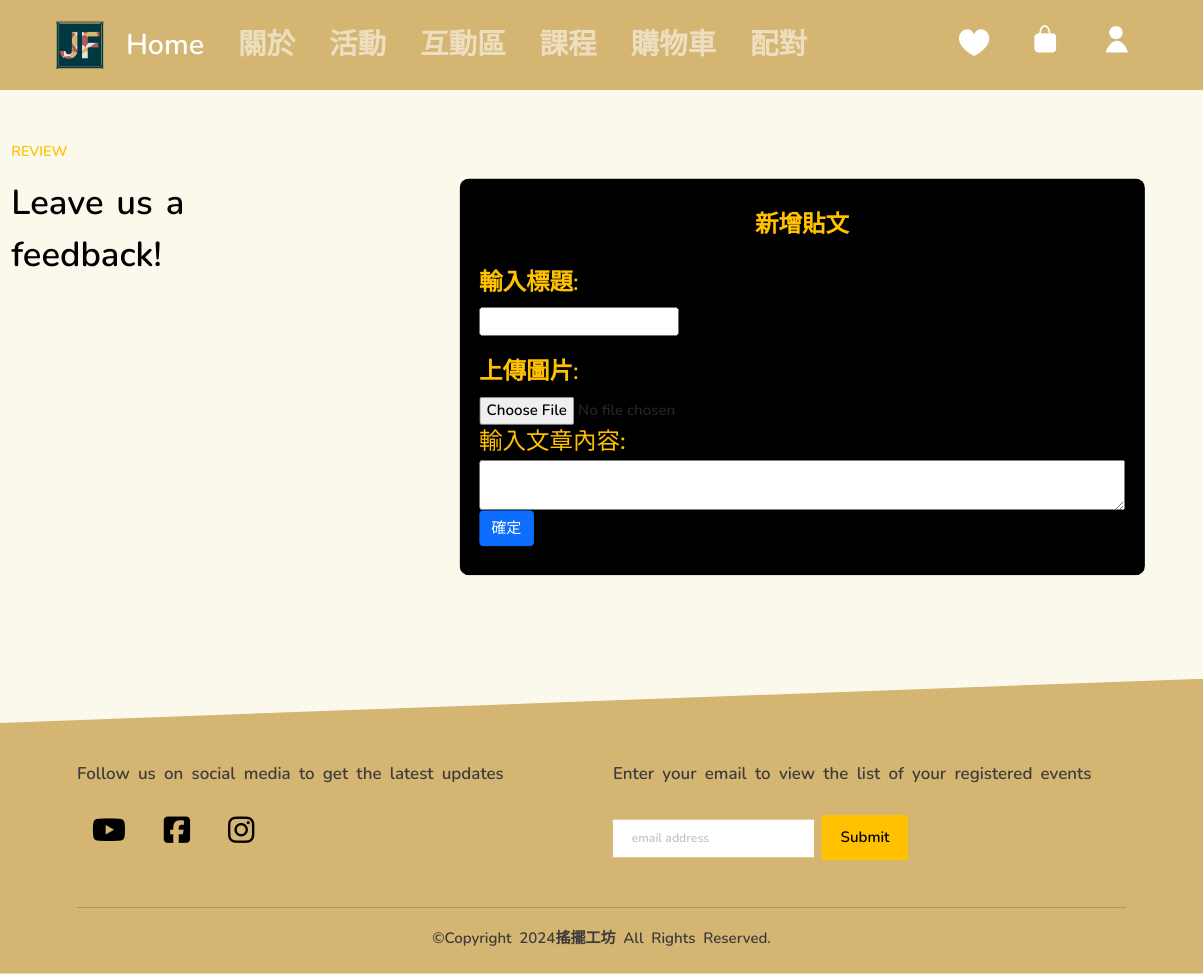
Repository: mmmooonnn0211/project
Page: workspace/demoSpringBoot-1/src/main/resources/static/html/LTInsertFront.html
These files come from the project's save history. The page is drawn as it stood at one moment and after the next save; the edit follows.
The browser window is 1280 px wide. The pictures show the whole page, at 94% of full size.
Some web libraries are served in a nearby version.

Above is the page before, as saved 2024-05-08 19:45:23.
Console error: SyntaxError: Unexpected identifier 'tsByName'

### workspace/demoSpringBoot-1/src/main/resources/static/html/LTInsertFront.html
<!DOCTYPE html>
<html lang="en">

<head>
	<meta charset="UTF-8">
	<meta name="viewport" content="width=device-width, initial-scale=1.0">
	<style>
		.main {
			min-height: 55vh;
			/* 让 .slant 至少占据整个视口高度 */

		}
	</style>
	<!-- Bootstrap CSS -->
	<link href="https://cdn.jsdelivr.net/npm/bootstrap@5.0.0-beta3/dist/css/bootstrap.min.css" rel="stylesheet"
		integrity="sha384-eOJMYsd53ii+scO/bJGFsiCZc+5NDVN2yr8+0RDqr0Ql0h+rP48ckxlpbzKgwra6" crossorigin="anonymous">
	<script src="https://kit.fontawesome.com/4287c80df9.js" crossorigin="anonymous"></script>

	<!--Google Font : Nunito-->
	<link rel="preconnect" href="https://fonts.gstatic.com">
	<link href="https://fonts.googleapis.com/css2?family=Nunito:wght@600&display=swap" rel="stylesheet">

	<!-- For style(All CSS content) -->
	<link rel="stylesheet" type="text/css" href="../styles/home.css" />
	<link rel="stylesheet" type="text/css" href="../styles/footer.css" />
	<link rel="stylesheet" type="text/css" href="../styles/navbar.css" />
	<link rel="icon" href="images/favicon.ico">

	<!-- JS Bundle for BS  -->
	<script src="https://cdn.jsdelivr.net/npm/popper.js@1.16.1/dist/umd/popper.min.js"
		integrity="sha384-9/reFTGAW83EW2RDu2S0VKaIzap3H66lZH81PoYlFhbGU+6BZp6G7niu735Sk7lN" crossorigin="anonymous">
		</script>
	<title>範本</title>
</head>


<body>



	</div>
	<!-- <section> -->
	<div class="main">
		<form method="post" action=" /LTinsertFront.controller" enctype="multipart/form-data"
			onsubmit="return validateForm();">
			<div class="container-fluid" style="margin-top: 150px;">
				<div class="row" style="margin-bottom: 100px; margin-top: 100px;">
					<div class="col-md-4" style="text-align: left;">
						<p class="review">REVIEW</p>
						<p class="feedback">Leave us a <br>feedback!</p>
					</div>
					<div class="col-sm-8">
						<div class="container" id="cards">
							<div class="card" style="margin: auto;">
								<div id="sugg" class="neon-yellow"
									style="font-weight: bold; font-size: 25px; text-align: center;">新增貼文
								</div>
								<br>
								<div id="text" class="neon-yellow" style=" font-size: 25px;">輸入標題:
								</div>
								<div style="height:50px; ">
									<input id="title" name="title" style="width: auto;" ; />
								</div>
								<div id="text" class="neon-yellow" style="font-weight: bold; font-size: 25px;">上傳圖片:
								</div>
								<input type="file" id="picture" name="picture" />

								<div id="picture" class="neon-yellow" style="font-size:25px; ">
									輸入文章內容:
								</div>
								<textarea id="content" name="content"></textarea>

								<div>
									<button type="submit" class="btn btn-primary"
										style="background-color:neon-yellow">確定</button>
								</div>
							</div>
						</div>
					</div>
				</div>
			</div>
		</form>
		<div class="container text-center">

		</div>
	</div>



	<div align="center"></div>
	<div class="container">
	</div>
	<script>
		function validateForm() {
			var replypostInput = document.getElementsByName('replypost')[0].value.trim();
			var userIdInput = document.getElemen tsByName('userId')[0].value.trim();
			var LTIdInput = document.getElementsByName('LTId')[0].value.trim();

			if (replypostInput === '' || userIdInput === '' || LTIdInput === '') {
				Swal.fire({
					icon: 'warning',
					title: '請輸入完整資訊😒',
					showConfirmButton: false,
					timer: 1500
				});
				return false;
			}
			return true;
		}
	</script>

	<script>

		fetch('basic.html')
			.then(response => response.text())
			.then(html => {
				document.body.innerHTML += html;
			});

	</script>
	<script type="text/javascript" charset="utf8"
		src="https://cdn.datatables.net/1.11.5/js/jquery.dataTables.js"></script>
	<script src="https://cdn.jsdelivr.net/npm/bootstrap@5.0.0-beta3/dist/js/bootstrap.bundle.min.js"
		integrity="sha384-JEW9xMcG8R+pH31jmWH6WWP0WintQrMb4s7ZOdauHnUtxwoG2vI5DkLtS3qm9Ekf" crossorigin="anonymous">
		</script>

</body>

</html>

### workspace/demoSpringBoot-1/src/main/resources/static/styles/home.css
/* hiding vertical scroll bar from every page */
::-webkit-scrollbar {
  width: 0 !important
}




body {
  font-family: 'Nunito', sans-serif;
  background-color: #FBF8EC;
  word-spacing: 0.25rem;
}

::selection {
  color: black;
  background: #ffc100;
}

::placeholder {
  color: rgb(202, 192, 192);
}

.neon-yellow {
  color: #ffc100;
}

.working-heading {
  font-size: 2.3rem;
  font-weight: bold;
  color: black;
}


.date-style {
  font-weight: 850;
  padding: 0 0 0.3rem 0;
}

.sub-heading {
  font-size: 1.5rem;
  font-weight: 1000;
  padding: 0 0 0.3rem 0;
}

.small-subtext {
  color: black;
  font-weight: 700;
  font-size: 1rem;
}

.process-heading {
  font-weight: 1000;
  font-size: 0.95rem;
}

.eng,
.feedback,
.some {
  font-size: 2.3rem;
  font-weight: 1000;
  color: black;
}

.center-line {
  border-left: 0.58rem solid #ffc100;
  height: 110%;
  position: absolute;
  top: 0%;
  left: 0%;
}

.padding-for-mobile {
  padding: 0 1rem 2rem 4rem;
  text-align: left;
  /*background-color:  white;*/
}

.stickyy-corner {
  position: -webkit-sticky;
  position: sticky;
  top: 0;
}

.timeline-left-style {
  color: black;
  text-align: right;
  padding: 0 4rem 0 5.2rem;
}

.timeline-right-style {
  color: black;
  text-align: left;
  position: relative;
  padding: 0 5.2rem 0 4rem;
  overflow-y: hidden;
}

.d-block {
  margin-top: 2%;
  border-radius: 7px;
  border: 3px solid rgb(245, 241, 241);
  width: 100%;
}

.chess,
.review,
.event {
  color: #ffc100;
  font-weight: 850;
  font-size: 0.95rem;
}


#text {
  font-weight: 850;
  font-size: 0.75rem;
  margin-bottom: 7px;
}

#sugg {
  font-size: 1.5rem;
  font-weight: 1000;
}

#btn {
  background-color: #ffc100;
  color: rgb(0, 0, 0);
  padding: 10px 20px;
  text-align: center;
  border: none;
  border-radius: 3px;
  display: block;
  margin: auto;
  margin-top: 15px;
  font-weight: bold;
}


#box,
#msg {
  background-color: #DDDDDD;
  border-radius: 3.5px;
  border: none;
  margin-bottom: 12px;
  width: 100%;
}

#msg {
  height: 120px;
}

#box {
  height: 35px;
}

#spon {
  color: black;
  margin-top: 60px;
  display: flex;
  justify-content: space-evenly;
  align-items: center;
  font-weight: bold;
  margin-bottom: 20px;
}

.image {
  height: 100px;
}

.image3 {
  height: 250px;
  overflow-y: hidden;
}

.pic1,
.pic2 {
  font-weight: bold;
  font-size: medium;
}

.pic1 {
  margin-top: 20px;
}

.column {
  display: flex;
  flex-direction: column;
  justify-content: space-evenly;
  align-items: center;
}

.columns {
  display: flex;
  flex-direction: column;
  justify-content: center;
  align-items: flex-start;
}

.pic2 {
  color: gray;
  font-size: small;
}

.event,
.some,
.last,
.pic,
.pic1,
.pic2 {
  display: flex;
  justify-content: space-evenly;
  align-items: center;
}

.subhead {
  color: black;
  font-size: 3rem;
  overflow-y: hidden;
}

.active {
  color: #ffc100;
}

.active:hover {
  color: #ffc100;
}

p {
  color: black;
}

.title-img {
  width: 25%;
  margin-left: 8%;
  transform: rotate(10deg);
}

.hover {
  color: #ffc100;
}

.title-img3 {
  width: 25%;
  transform: rotate(-10deg);
}

.title-img2 {
  width: 35%;
  padding-right: 5%;
  padding-left: 5%;


}

.carousel-img-styles {
  border: 0.13rem solid black;
  border-radius: 1rem;
}

h1 {
  font-size: 5rem;
  line-height: 1.5;
  font-weight: 900;
}

#title {
  margin-bottom: 11rem;
}

.col-lg-3 {
  padding-left: 3rem;
}

.ex-btn {
  margin-top: 2.5rem;
  margin-bottom: 30px;
}

.carousel-container {
  width: 55%;
}

#cards {
  padding: 10px 50px;
}

.card {
  background-color: black;
  border-radius: 10px;
  /* display: block;
    margin: auto;
    font: 16px;
    width:55%; */
  padding: 30px 20px;

}

@media only screen and (max-width: 767px) {
  .small-subtext {
    font-size: 0.8rem;
  }

  .padding-for-mobile {
    padding: 0 0 4rem 2rem;
  }

  /*
  .sticky-corner {
    position: static;
  }
  */
  #cards {
    padding: 0px 20px;
  }


  .sub-heading {
    font-size: 1.3rem;
  }

  .process-heading {
    font-size: 0.85rem;
  }

  .working-heading {
    font-size: 1.5rem;
  }

  .timeline-left-style {
    padding: 0 2.5rem 0 3rem;
  }

  .timeline-right-style {
    padding: 0 3rem 0 2.5rem;
  }

  #spon {
    font-size: 1.5rem;
  }

  .some,
  .eng,
  .feedback {
    font-size: 1.5rem;
  }

  .card {
    width: 100%;
  }

  .pic {
    flex-direction: column;
  }

  .carousel-container {
    width: 85%;
  }
}

@media only screen and (max-width: 575px) {

  .title-img,
  .title-img3 {
    display: none;
  }

  .title-img2 {
    display: block;
    margin: auto;
    width: 100%;
    padding: 50px;
  }
}

@media only screen and (max-width: 375px) {


  .date-style {
    font-size: 0.8rem;
  }

  .sub-heading {
    font-size: 0.9rem;
  }

  .small-subtext {
    font-size: 0.7rem;
  }

  .timeline-left-style {
    padding: 0 1.6rem 0 2rem;
  }

  .timeline-right-style {
    padding: 0 2rem 0 2rem;
  }
}

### workspace/demoSpringBoot-1/src/main/resources/static/styles/footer.css
/*
hiding vertical scroll bar from every page
*/
::-webkit-scrollbar {
    width: 0 !important
}




.slant {
    /* width: 110%;
    background-color: #DDDDDD;
    transform: rotate(-3deg);
    height: 100px; */
    clip-path: polygon(0 15%, 100% 0, 100% 100%, 0 100%);
  }

  .container{
    margin-top: 30px;
  }

  .left, .right {
    font-size: large;
    font-weight: bold;
    margin-top: 50px;
    color: rgb(61, 59, 59);
    margin-bottom: 30px;
  }

  .below {
    background-color:#D4B572;
    position: relative;
    padding-top: 8px;
    padding-bottom: 6px;
    width: 100%;
    height: 100%;
  }

  #mail {
    border: none;
    height: 30px;
    padding: 20px;
    font-size: small;
    font-weight: bold;
  }

  #bttn {
    background-color: #ffc100;
    color: black;
    padding: 12px 20px;
    text-align: center;
    border: none;
    border-radius: 3px;
    font-weight: bold;
  }


  .fa-youtube:hover{
    color: rgb(230, 59, 59);
    transition: 0.5s;
  }

  .fa-twitter:hover, .fa-facebook-square:hover{
    color: rgba(18, 212, 212, 0.596);
    transition: 0.5s;
  }

  .fa-instagram:hover{
    color: rgb(218, 30, 61);
    transition: 0.5s;
  }

  .fa-github{
    color: rgb(43, 36, 36);
    transition: 0.5s;
  }

  .fab {
    padding: 0 1rem 0 1rem;
    font-size: 2rem;
    color: black;
  }

  .last {
    font-weight: 900;
    color: rgb(61, 59, 59);
    margin: 20px;
    display: flex;
  justify-content: space-evenly;
  align-items: center;
  }

  @media only screen and (max-width: 767px) {
    .slant{
      clip-path: polygon(0 5%, 100% 0, 100% 100%, 0 100%);
    }
  }

  @media only screen and (max-width: 375px) {
    .slant{
      clip-path: polygon(0 5%, 100% 0, 100% 100%, 0 100%);
    }
  }

### workspace/demoSpringBoot-1/src/main/resources/static/styles/navbar.css
/* 鼠標移動導覽列*/
.nav-item :hover {
  color: rgb(255, 128, 128);
  cursor: pointer;
  background-color: #B15A5E;
  border-radius: 10px;
}

.navbar a {
  color: #ff2600a2;
  border-radius: 10px;
}


.navbar {
  padding: 1rem 2rem;
  position: fixed;
  z-index: 100;
  width: 100%;
  margin: 0;
  top: 0;
  left: 0;
  background-color: #D4B572;
}

.nav-item {
  padding: 0 20px 0 0;
}

.nav-link {
  font-size: 1.9rem;
  font-weight: 900;

}


.dropdown-item,
.dropdown-menu {
  background-color: #B15A5E;
  color: #BF3F41;
  ;
  margin: 0;
}






.dropdown-menu a {
  color: white;
  ;
  text-decoration: none;
  display: block;
  text-align: left;
}

### workspace/demoSpringBoot-1/src/main/resources/static/html/basic.html
<!doctype html>
<html lang="en">

<head>
    <!-- Required meta tags -->
    <meta charset="utf-8">
    <meta name="viewport" content="width=device-width, initial-scale=1">




    <title>JFSwing</title>
</head>

<body>

    <!-- Shashank's Section -->
    <!-- <section class="title"> -->
    <!-- Navbar section -->
    <nav class="navbar navbar-expand-lg navbar-dark">
        <!-- <LOGO> -->
        <div class="container-fluid">
            <div width="50px" height="50px">
                <a class="m-3" href="index.html"> <img src="../images/LOGO.png" width="50px" height="50px"
                        alt="Eternals">
                </a>
                <button class="navbar-toggler" type="button" data-bs-toggle="collapse" data-bs-target="#navbarCollapse"
                    aria-controls="navbarCollapse" aria-expanded="false" aria-label="Toggle navigation">
                    <span class="navbar-toggler-icon"></span>
                </button>
            </div>
            <div class="collapse navbar-collapse" id="navbarCollapse">
                <ul class="navbar-nav ">
                    <li class="nav-item">
                        <a class="nav-link active" href="frontPage.html">Home </a>
                    </li>
                    <li class="nav-item">
                        <a class="nav-link" href="about.html">關於</a>
                    </li>
                    <li class="nav-item">
                        <a class="nav-link" href="EventAll.html">活動</a>
                    </li>
                    <li class="nav-item">
                        <a class="nav-link" href="/LTSelectAll2">互動區</a>
                    </li>
                    <li class="nav-item">
                        <a class="nav-link" href="contact.html">課程</a>
                    </li>
                    <li class="nav-item">
                        <a class="nav-link" href="">購物車</a>
                    </li>
                    <li class="nav-item">
                        <a class="nav-link" href="">配對</a>
                    </li>

                </ul>

            </div>

            <!-- <右上角的東西> -->
            <div class="navbar-nav justify-content-end">
                <ul class="navbar-nav">
                    <li class="nav-item">
                        <div class="m-2 rounded-circle overflow-hidden align-self-center ratio ratio-1x1"
                            style="width: 40px">
                            <img src="../images/LOVE.png" alt="" class="object-fit-cover w-100 h-100" />
                        </div>
                    </li>
                    <li class="nav-item">
                        <div class="m-2 rounded-circle overflow-hidden align-self-center ratio ratio-1x1"
                            style="width: 40px">
                            <img src="../images/SHOP.png" alt="" class="object-fit-cover w-100 h-100" />
                        </div>
                    </li>
                    <li class="nav-item">
                        <a href="#" target="_blank"
                            class="m-2 rounded-circle overflow-hidden align-self-center ratio ratio-1x1"
                            style="width: 40px; display: inline-block;">
                            <img src="../images/MAN.png" alt="Facebook" class="object-fit-cover w-100 h-100" />
                        </a>
                    </li>

                </ul>

            </div>
        </div>
    </nav>

    <!-- Title -->
    <!-- <中間> -->



    <!-- footer-->
    <div class="slant footer-content mt-auto">

        <footer class="below">
            <div class="container">
                <div class="row">
                    <div class="col-lg-6">
                        <p class="left">Follow us on social media to get the latest updates</p>
                        <a href="#"><i class="fab fa-youtube"></i></a>
                        <a href="https://www.facebook.com/apple.hi.77?mibextid=kFxxJD"><i
                                class="fab fa-facebook-square"></i></a>
                        <a href="#"><i class="fab fa-instagram"></i></a>

                    </div>
                    <div class="col-lg-6">
                        <p class="right">Enter your email to view the list of your registered events</p>
                        <input id="mail" placeholder="email address">
                        <span><button id="bttn">
                                Submit </button></span>
                    </div>
                </div>
                <hr style="margin-top: 50px;">
            </div>
            <div class="last">&copy;Copyright 2024搖擺工坊 All Rights Reserved.</div>
        </footer>

    </div>



</body>

</html>

After the next save:
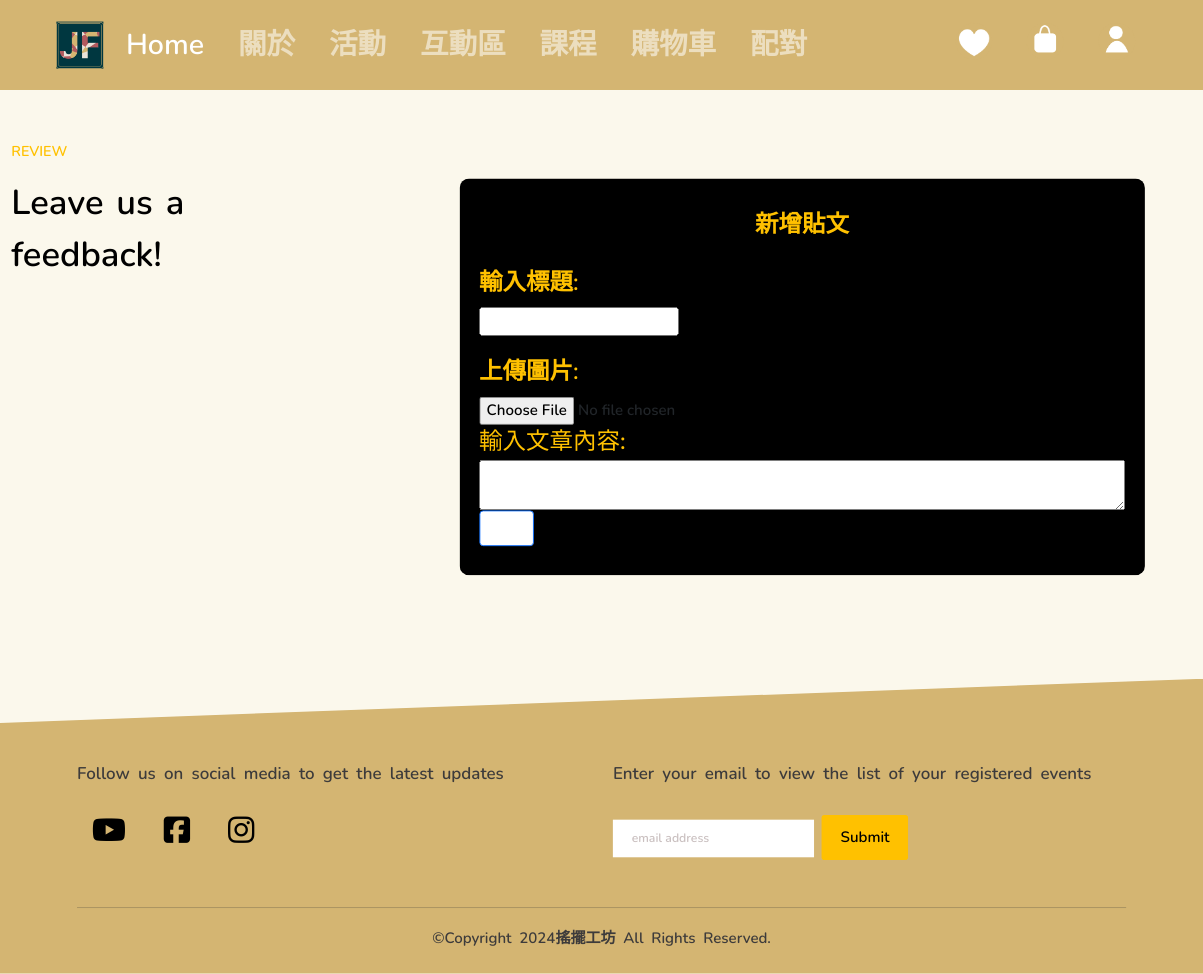
Saved 20 s later.
--- a/workspace/demoSpringBoot-1/src/main/resources/static/html/LTInsertFront.html
+++ b/workspace/demoSpringBoot-1/src/main/resources/static/html/LTInsertFront.html
@@ -72,7 +72,7 @@
 
 								<div>
 									<button type="submit" class="btn btn-primary"
-										style="background-color:neon-yellow">確定</button>
+										style="background-color:white">確定</button>
 								</div>
 							</div>
 						</div>
